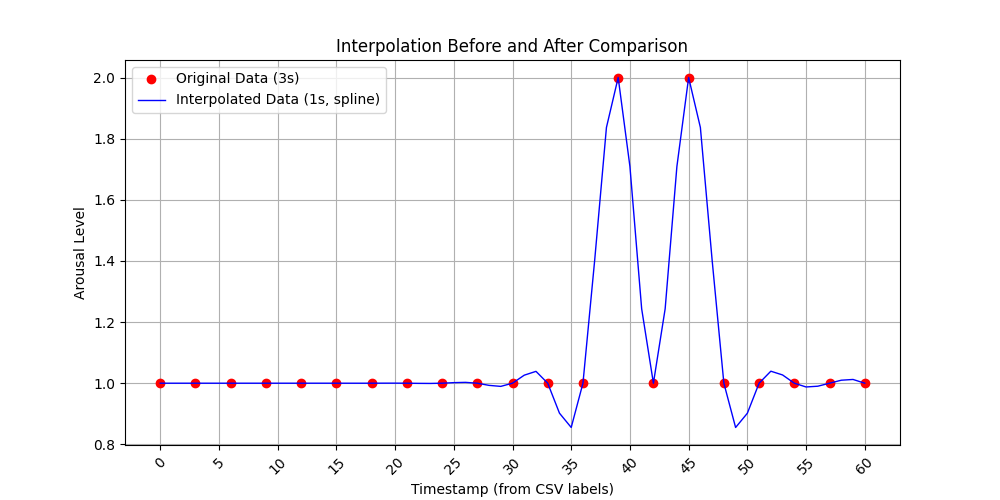
Repository: JLCucumber/comp0053_workspace
Script's output: python data_interpolation.py
These files come from the project's save history. The script's output is drawn as it stood at one moment and after the next save; the edit follows.
Random numbers start from a fixed seed.

Above is the script's output before, as saved 2025-03-14 19:19:22.

After the next save:
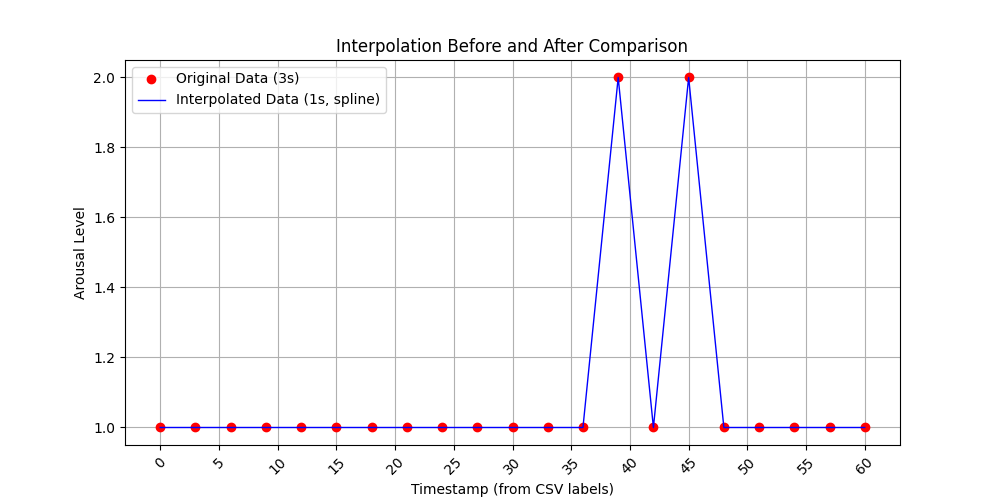
Saved 24 s later.
--- a/data_interpolation.py
+++ b/data_interpolation.py
@@ -87,5 +87,5 @@ if __name__ == "__main__":
     # 插值数据
     input_csv_file = "output/rgb_byz_baseline.csv"  # 你的原始 CSV 文件
     output_csv_file = input_csv_file.replace(".csv", "_interpolated.csv")
-    interpolate_csv(input_csv_file, output_csv_file, target_interval=1, visualize=True, method="spline")
+    interpolate_csv(input_csv_file, output_csv_file, target_interval=1, visualize=True, method="linear")
     visualize_interpolation(input_csv_file, output_csv_file)
